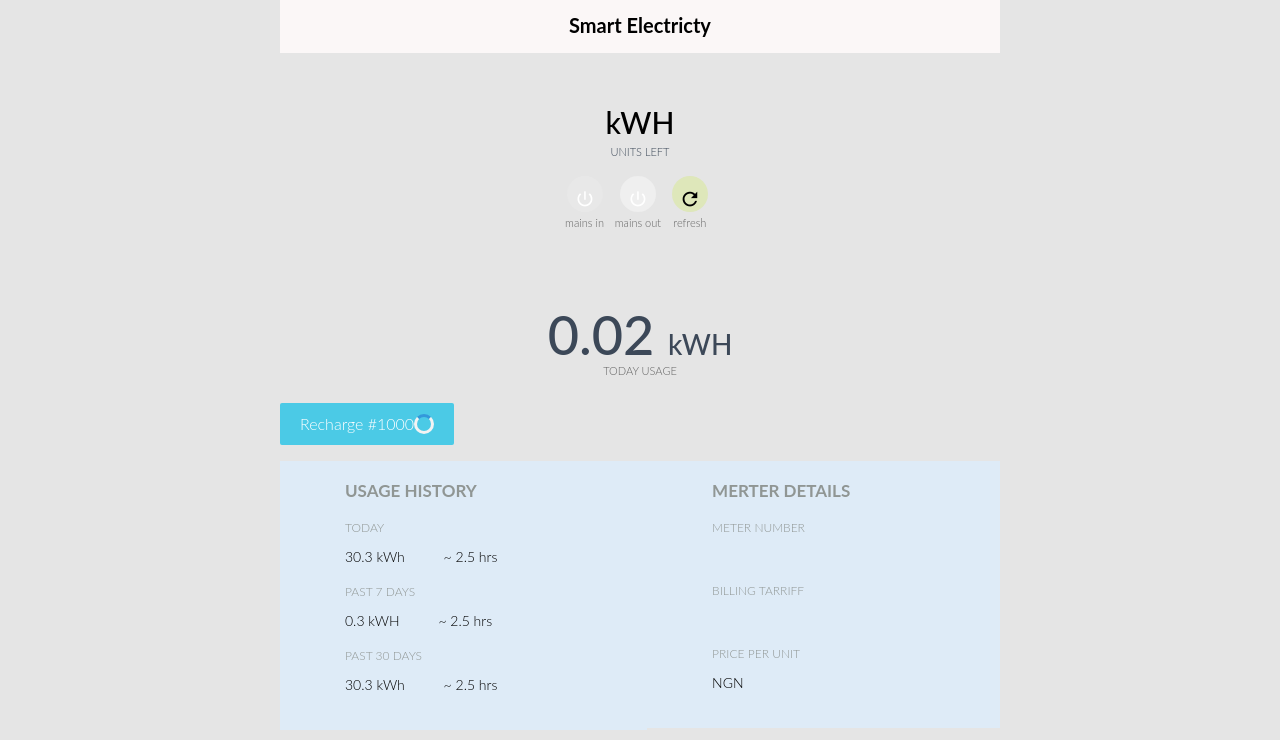
Repository: stefnnT/eko-smart-meter-hackathon
Page: subscriber.html
The author's editor kept a copy of each file at every save. The page is drawn from the files as they stood at one save, then again after a run of saves.
The browser window is 1280 px wide. The pictures show the whole page.
The page's requests for data from a server got no answer. Some web libraries are served in a nearby version.

Above is the page before, as saved 2020-09-04 13:38:19.
Not found: assets/assets-for-demo/vertical-nav.css

After the next 2 saves:
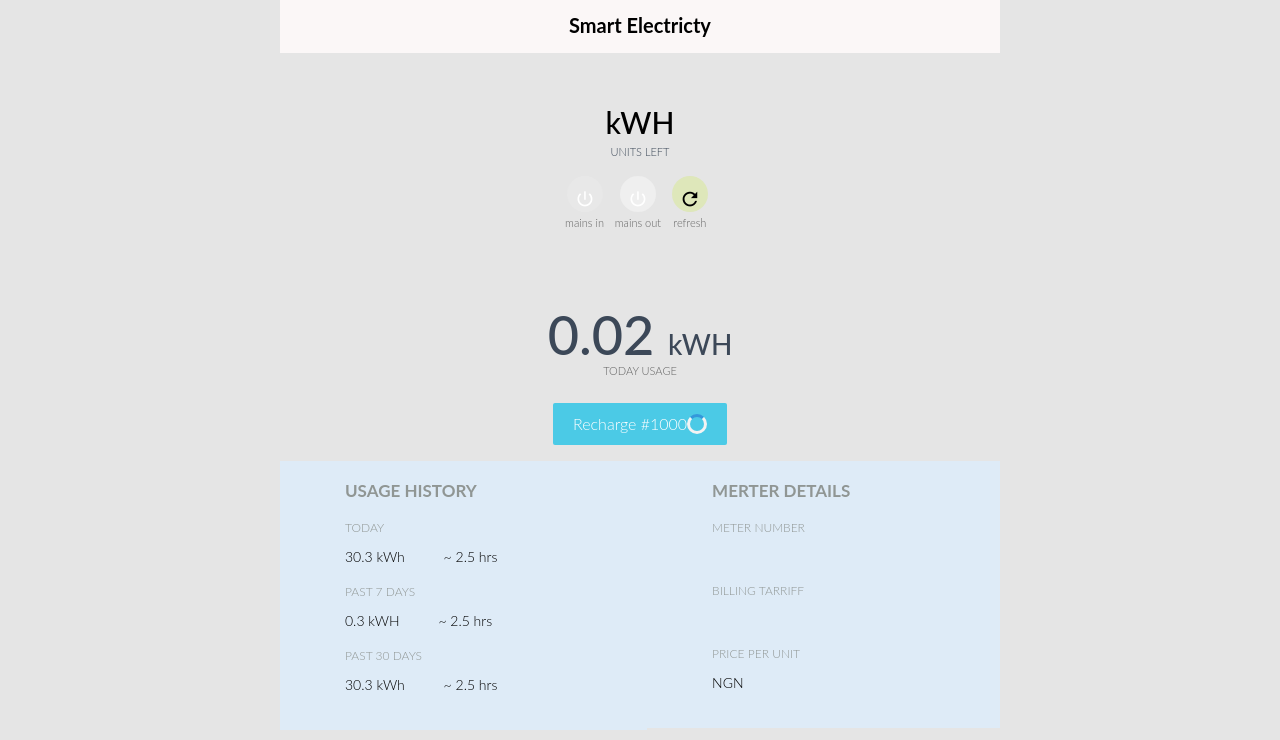
The 2 saves are shown as one change because they came seconds apart.
The last was saved 44 s later.
--- a/subscriber.html
+++ b/subscriber.html
@@ -97,7 +97,7 @@
               <div class="profile__percent-info">
                 TODAY USAGE
               </div>
-              <div class="dashboard__cta">
+              <div style="display: flex; justify-content: center;" class="dashboard__cta">
                 <button style="display: flex; justify-content: center;" class="app-btn" ui-sref="devices.map">
                     <div class=""> Recharge #1000 </div>
                     <div class="loader"></div>
